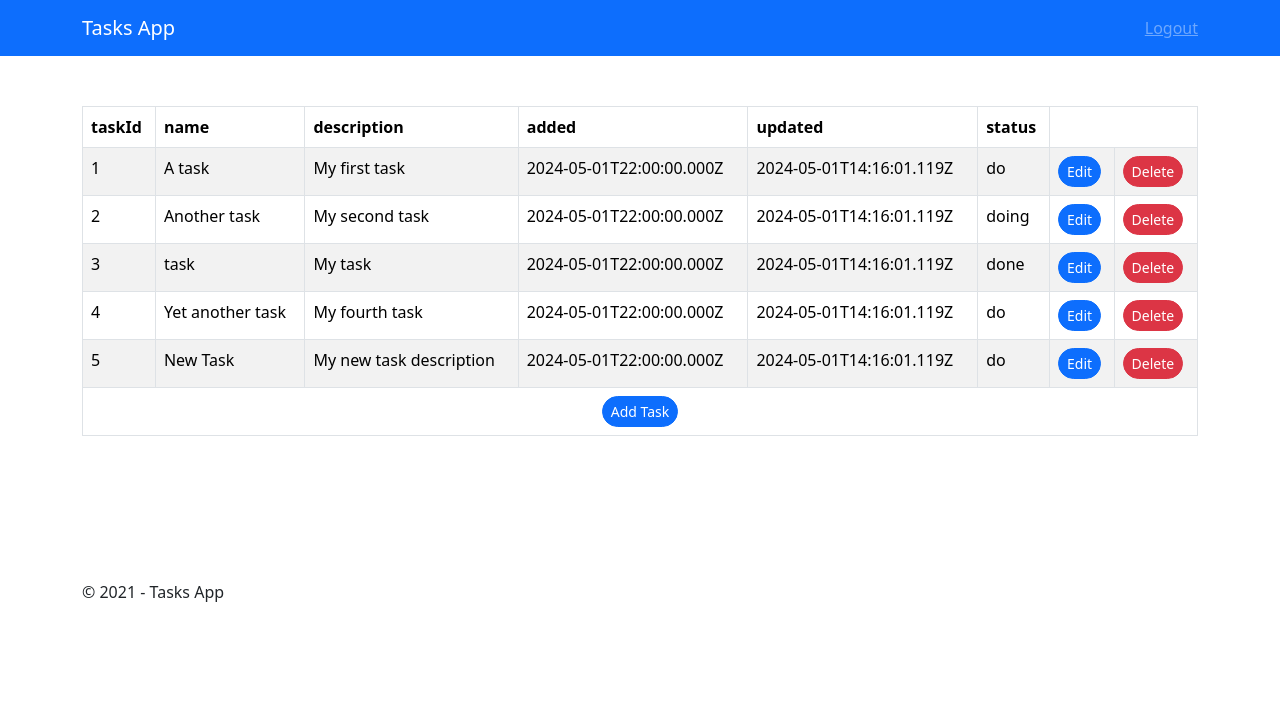
Repository: trider/react-task-manager
Page: /#/tasks
The author's editor kept a copy of each file at every save. The page is drawn from the files as they stood at one save, then again after the next save.
The browser window is 1280 px wide. The pictures show the whole page.
The project was rebuilt for these pictures with package versions that can differ from the ones it lists, and the page was loaded fresh each time. Also part of the build but not shown: src/App.css, src/data/_Users.js, src/pages/Login.js.

Above is the page before, as saved 2024-05-07 17:42:18.

After the next save:
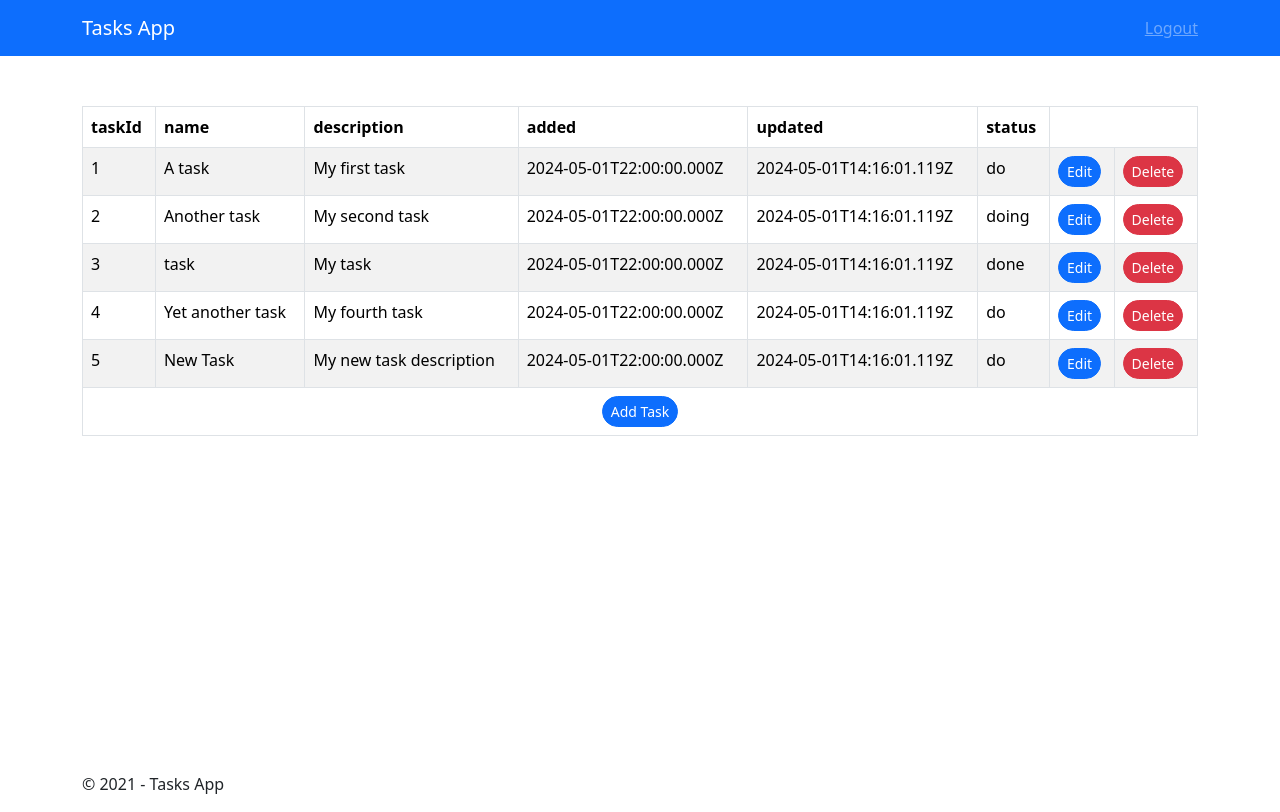
Saved 6 s later.
--- a/src/components/Footer.js
+++ b/src/components/Footer.js
@@ -4,7 +4,7 @@ import Container from 'react-bootstrap/Container';
 const Footer = () => {
   return (
     <footer>
-      <Container style={{paddingTop:'10%'}}>
+      <Container style={{paddingTop:'25%'}}>
         <p>&copy; 2021 - Tasks App</p>
       </Container>
     </footer>

After the save that followed:
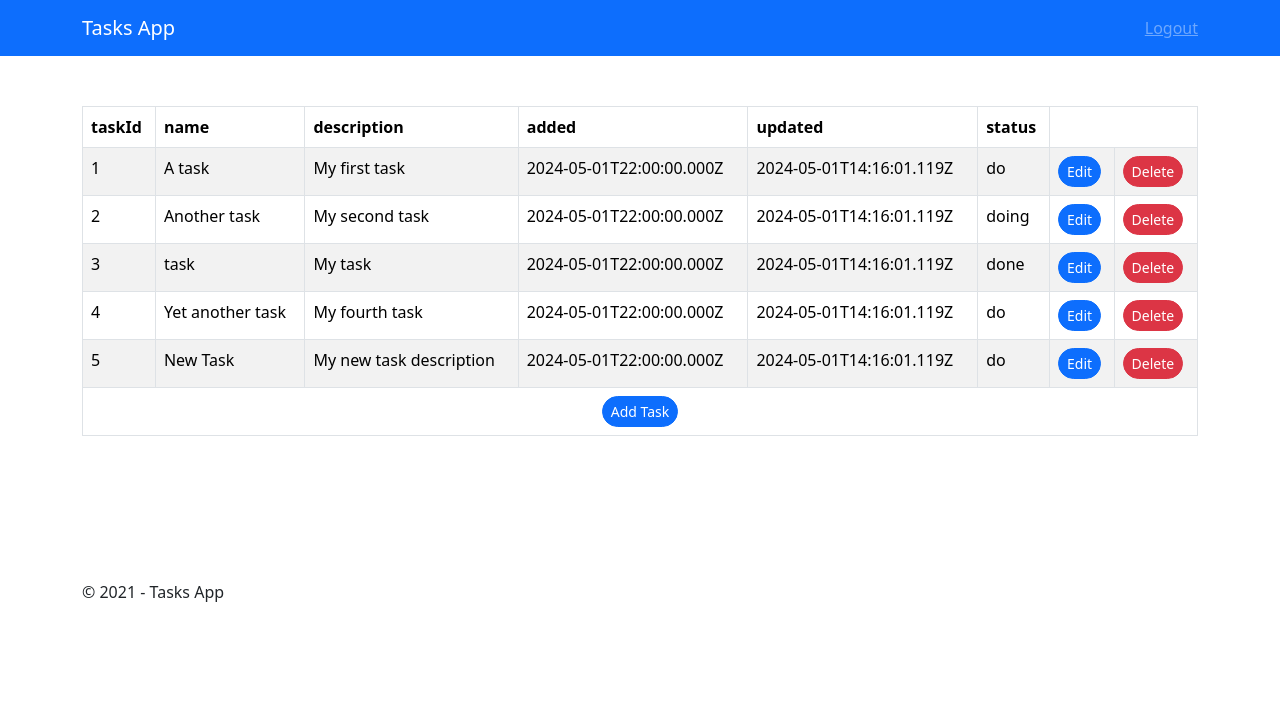
Saved 4 s later.
--- a/src/components/Footer.js
+++ b/src/components/Footer.js
@@ -4,7 +4,7 @@ import Container from 'react-bootstrap/Container';
 const Footer = () => {
   return (
     <footer>
-      <Container style={{paddingTop:'25%'}}>
+      <Container style={{paddingTop:'10%'}}>
         <p>&copy; 2021 - Tasks App</p>
       </Container>
     </footer>
